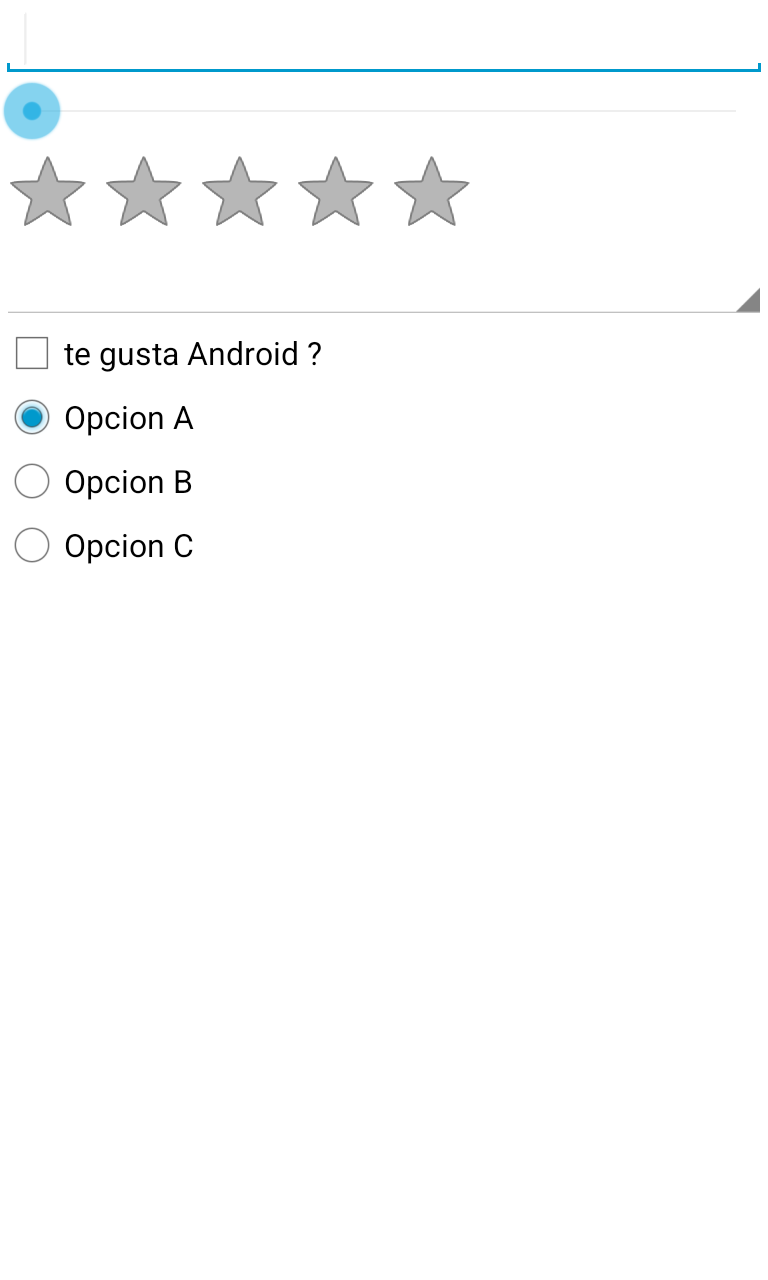
Repository: chrisbgalileo/SP
Layout: Demo 1/res/layout/input_controls_content.xml
The author's editor kept a copy of each file at every save. The layout is drawn from the files as they stood at one save, then again after the next save.
It is drawn on a 768 x 1280 px phone screen (xhdpi) without system bars, with theme AppTheme; the app's code is not run.

Above is the layout before, as saved 2014-01-30 15:49:41.

### Demo 1/res/layout/input_controls_content.xml
<?xml version="1.0" encoding="utf-8"?>
<ScrollView xmlns:android="http://schemas.android.com/apk/res/android"
    android:layout_width="match_parent"
    android:layout_height="match_parent">

    <LinearLayout
        android:layout_width="match_parent"
        android:layout_height="wrap_content"
        android:orientation="vertical" >

	    <EditText
	        android:id="@+id/editText1"
	        android:layout_width="match_parent"
	        android:layout_height="wrap_content"
	        android:ems="10"
	        android:inputType="textMultiLine" >

	        <requestFocus />
	    </EditText>

	    <SeekBar
	        android:id="@+id/seekBar1"
	        android:layout_width="match_parent"
	        android:layout_height="wrap_content" />

	    <RatingBar
	        android:id="@+id/ratingBar1"
	        android:layout_width="wrap_content"
	        android:layout_height="wrap_content" />

	    <Spinner
	        android:id="@+id/spinner1"
	        android:layout_width="match_parent"
	        android:layout_height="wrap_content" />

	    <CheckBox
	        android:id="@+id/checkBox1"
	        android:layout_width="wrap_content"
	        android:layout_height="wrap_content"
	        android:text="@string/txt_checkbox" />

	    <RadioGroup
	        android:id="@+id/radioGroup1"
	        android:layout_width="wrap_content"
	        android:layout_height="wrap_content" >

	        <RadioButton
	            android:id="@+id/radio0"
	            android:layout_width="wrap_content"
	            android:layout_height="wrap_content"
	            android:checked="true"
	            android:text="@string/txt_radio_0" />

	        <RadioButton
	            android:id="@+id/radio1"
	            android:layout_width="wrap_content"
	            android:layout_height="wrap_content"
	            android:text="@string/txt_radio_1" />

	        <RadioButton
	            android:id="@+id/radio2"
	            android:layout_width="wrap_content"
	            android:layout_height="wrap_content"
	            android:text="@string/txt_radio_2" />
	    </RadioGroup>
    </LinearLayout>

</ScrollView>

### Demo 1/res/values/strings.xml
<?xml version="1.0" encoding="utf-8"?>
<resources>

    <string name="app_name">Ejemplo</string>
    <string name="action_settings">Settings</string>
    <string name="hello_world">Hola Android!</string>
    <string name="btn_search">Buscar</string>
    <string name="btn_list">Listado</string>
    <string name="btn_open_activity">Abrir otra actividad</string>
    <string name="title_activity_show_search_query">ShowSearchQueryActivity</string>

    <string name="txt_checkbox">te gusta Android ?</string>
    <string name="txt_radio_0">Opcion A</string>
    <string name="txt_radio_1">Opcion B</string>
    <string name="txt_radio_2">Opcion C</string>
</resources>

Loaded but not shown: Demo 1/res/values/styles.xml (common file); Demo 1/res/values-v11/styles.xml (common file); Demo 1/res/values-v14/styles.xml (common file)

After the next save:
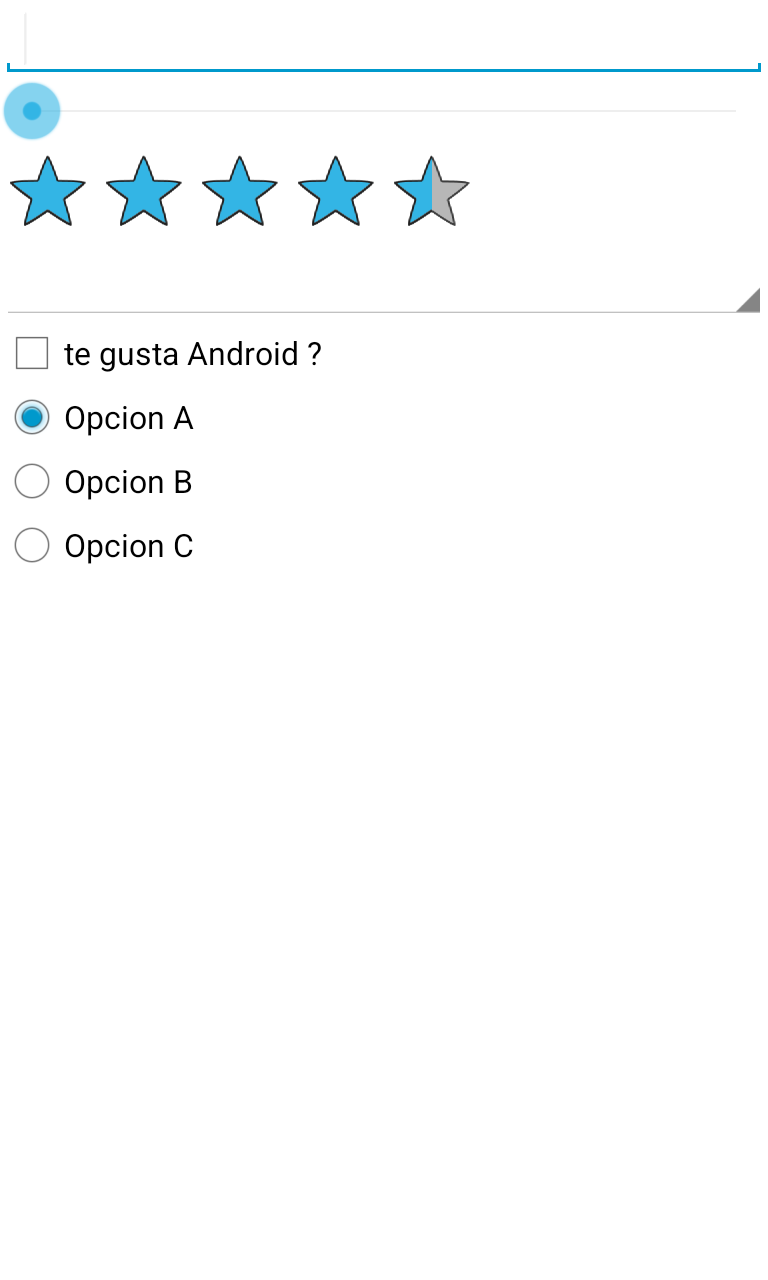
Saved 72 s later.
--- a/Demo 1/res/layout/input_controls_content.xml
+++ b/Demo 1/res/layout/input_controls_content.xml
@@ -25,6 +25,7 @@
 
 	    <RatingBar
 	        android:id="@+id/ratingBar1"
+	        android:rating="4.25"
 	        android:layout_width="wrap_content"
 	        android:layout_height="wrap_content" />
 
